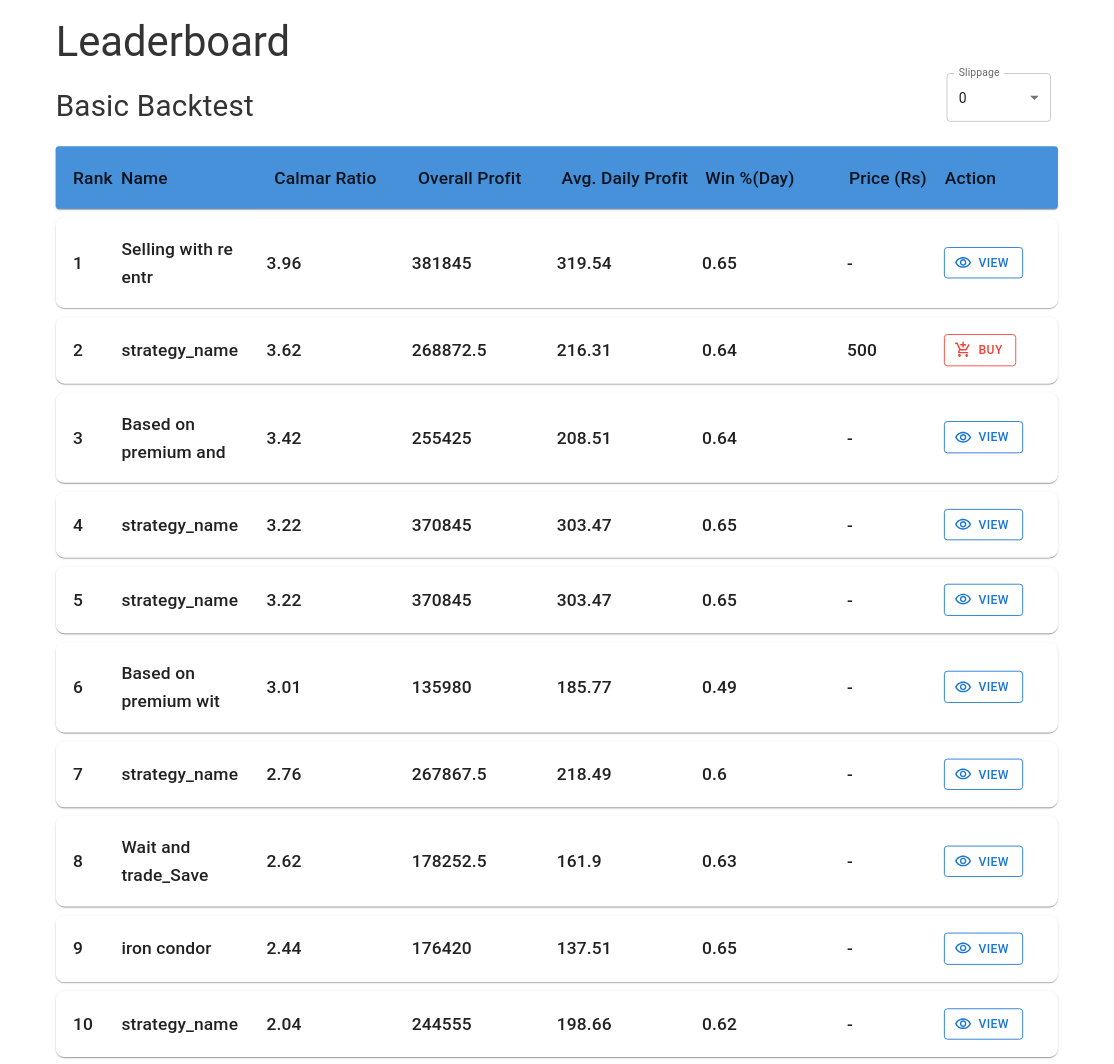
Repository: PraTEEkgUpTa2/Leaderboard
Page: /
An editor plug-in stored every save of this project. The page is shown before and after the next save, followed by the edit.
The browser window is 1280 px wide. The pictures show the whole page, at 87% of full size.
The project was rebuilt for these pictures with package versions that can differ from the ones it lists, and the page was loaded fresh each time. Also part of the build but not shown: src/App.css.

Above is the page before, as saved 2024-05-28 14:20:56.

### src/index.js
import React from 'react';
import ReactDOM from 'react-dom';
import { ThemeProvider } from '@mui/material/styles';
import App from './App';
import theme from './theme'; // Import the theme object

const root = ReactDOM.createRoot(document.getElementById('root'));
root.render(

  <ThemeProvider theme={theme}>
  <App />
</ThemeProvider>

);

// If you want to start measuring performance in your app, pass a function
// to log results (for example: reportWebVitals(console.log))
// or send to an analytics endpoint. Learn more: https://bit.ly/CRA-vitals

### src/App.js
import React from 'react';
import './App.css';
import Leaderboard from './Leaderboard';

function App() {
  return (
    <div className="App">
      <Leaderboard />
    </div>
  );
}

export default App;

### src/theme.js
// theme.js

import { createTheme } from '@mui/material/styles';

const theme = createTheme({
  palette: {
    primary: {
      main: '#1976d2', // Background color for the table header
      dark: '#135fa8', // Hover color for primary buttons
    },
    error: {
      main: '#f44336', // Background color for "Buy" button
      dark: '#d32f2f', // Hover color for "Buy" button
    },
    common: {
      white: '#fff', // Text color for table header and buttons
    },
  },
});

export default theme;

### src/Leaderboard.js
import React, { useState } from 'react';
import data from './data.json';
import { Container, Box, Typography, FormControl, InputLabel, Select, MenuItem, Paper, Button } from '@mui/material';
import { VisibilityOutlined, AddShoppingCartOutlined } from '@mui/icons-material';
import { styled } from '@mui/system';
import { Line } from 'react-chartjs-2';
import 'chart.js/auto';

const TabContainer = styled(Box)(({ theme }) => ({
  display: 'flex',
  flexDirection: 'column',
  gap: '10px',
  marginTop: '20px',
}));

const TabHeader = styled(Paper)(({ theme }) => ({
  display: 'flex',
  justifyContent: 'space-between',
  alignItems: 'center',
  padding: '20px',
  backgroundColor: theme.palette.primary.light,
}));

const Tab = styled(Paper)(({ theme }) => ({
  display: 'flex',
  justifyContent: 'space-between',
  alignItems: 'center',
  padding: '20px',
  borderRadius: '10px',
  boxShadow: theme.shadows[1],
  transition: 'transform 0.3s, box-shadow 0.3s',
  '&:hover': {
    transform: 'translateY(-5px)',
    boxShadow: theme.shadows[4],
    zIndex: 1,
    position: 'relative',
  },
}));

const ViewButton = styled(Button)(({ theme }) => ({
  borderColor: theme.palette.primary.main,
  color: theme.palette.primary.main,
  backgroundColor: 'transparent',
  '&:hover': {
    borderColor: theme.palette.primary.dark,
    color: theme.palette.primary.dark,
    backgroundColor: 'transparent',
  },
  '& .MuiButton-startIcon': {
    marginRight: theme.spacing(1),
  },
}));

const BuyButton = styled(Button)(({ theme }) => ({
  borderColor: theme.palette.error.main,
  color: theme.palette.error.main,
  backgroundColor: 'transparent',
  '&:hover': {
    borderColor: theme.palette.error.dark,
    color: theme.palette.error.dark,
    backgroundColor: 'transparent',
  },
  '& .MuiButton-startIcon': {
    marginRight: theme.spacing(1),
  },
}));

const ChartCard = styled(Box)(({ theme }) => ({
  marginTop: '20px',
  padding: '20px',
  boxShadow: theme.shadows[3],
}));

const Leaderboard = () => {
  const [selectedRow, setSelectedRow] = useState(null);

  const handleRowClick = (row) => {
    setSelectedRow(row);
  };

  return (
    <Container>
    <Typography variant="h3" style={{ color: '#333', marginTop: '20px' }}>
          Leaderboard
        </Typography>
      <Box display="flex" justifyContent="space-between" alignItems="center">
        <Typography variant="h4" style={{ color: '#333', marginTop: '20px' }}>
          Basic Backtest
        </Typography>
        <FormControl sx={{ m: 1, minWidth: 120 }}>
          <InputLabel id="slippage-label">Slippage</InputLabel>
          <Select
            labelId="slippage-label"
            id="slippage-select"
            defaultValue={0}
            label="Slippage"
          >
            <MenuItem value={0}>0</MenuItem>
            <MenuItem value={0.5}>0.5</MenuItem>
            <MenuItem value={1}>1</MenuItem>
          </Select>
        </FormControl>
      </Box>
      <TabContainer>
        <TabHeader>
          <Box flexBasis="5%">
            <Typography variant="h6">Rank</Typography>
          </Box>
          <Box flexBasis="16%">
            <Typography variant="h6">Name</Typography>
          </Box>
          <Box flexBasis="15%">
            <Typography variant="h6">Calmar Ratio</Typography>
          </Box>
          <Box flexBasis="15%">
            <Typography variant="h6">Overall Profit</Typography>
          </Box>
          <Box flexBasis="15%">
            <Typography variant="h6">Avg. Daily Profit</Typography>
          </Box>
          <Box flexBasis="15%">
            <Typography variant="h6">Win %(Day)</Typography>
          </Box>
          <Box flexBasis="10%">
            <Typography variant="h6">Price (Rs)</Typography>
          </Box>
          <Box flexBasis="10%">
            <Typography variant="h6">Action</Typography>
          </Box>
        </TabHeader>
        {data.map((row) => (
          <Tab key={row.Rank} onClick={() => handleRowClick(row)}>
            <Box flexBasis="5%">
              <Typography variant="h6">{row.Rank}</Typography>
            </Box>
            <Box flexBasis="15%">
              <Typography variant="h6">{row.Name}</Typography>
            </Box>
            <Box flexBasis="15%">
              <Typography variant="h6">{row["Calmar Ratio"]}</Typography>
            </Box>
            <Box flexBasis="15%">
              <Typography variant="h6">{row["Overall Profit"]}</Typography>
            </Box>
            <Box flexBasis="15%">
              <Typography variant="h6">{row["Avg. Daily Profit"]}</Typography>
            </Box>
            <Box flexBasis="15%">
              <Typography variant="h6">{row["Win %(Day)"]}</Typography>
            </Box>
            <Box flexBasis="10%">
              <Typography variant="h6">{row["Price (Rs)"] ? row["Price (Rs)"] : '-'}</Typography>
            </Box>
            <Box flexBasis="10%">
              {row.Action === 'View' ? (
                <ViewButton startIcon={<VisibilityOutlined />} variant="outlined">
                  View
                </ViewButton>
              ) : (
                <BuyButton startIcon={<AddShoppingCartOutlined />} variant="outlined">
                  Buy
                </BuyButton>
              )}
            </Box>
          </Tab>
        ))}
      </TabContainer>


    </Container>
  );
};

export default Leaderboard;

### src/data.json
[
    {
        "Rank": 1,
        "Name": "Selling with re entr",
        "Calmar Ratio": 3.96,
        "Overall Profit": 381845,
        "Avg. Daily Profit": 319.54,
        "Win %(Day)": 0.65,
        "Price (Rs)": null,
        "Action": "View"
    },
    {
        "Rank": 2,
        "Name": "strategy_name",
        "Calmar Ratio": 3.62,
        "Overall Profit": 268872.5,
        "Avg. Daily Profit": 216.31,
        "Win %(Day)": 0.64,
        "Price (Rs)": 500,
        "Action": "Buy"
    },
    {
        "Rank": 3,
        "Name": "Based on premium and",
        "Calmar Ratio": 3.42,
        "Overall Profit": 255425,
        "Avg. Daily Profit": 208.51,
        "Win %(Day)": 0.64,
        "Price (Rs)": null,
        "Action": "View"
    },
    {
        "Rank": 4,
        "Name": "strategy_name",
        "Calmar Ratio": 3.22,
        "Overall Profit": 370845,
        "Avg. Daily Profit": 303.47,
        "Win %(Day)": 0.65,
        "Price (Rs)": null,
        "Action": "View"
    },
    {
        "Rank": 5,
        "Name": "strategy_name",
        "Calmar Ratio": 3.22,
        "Overall Profit": 370845,
        "Avg. Daily Profit": 303.47,
        "Win %(Day)": 0.65,
        "Price (Rs)": null,
        "Action": "View"
    },
    {
        "Rank": 6,
        "Name": "Based on premium wit",
        "Calmar Ratio": 3.01,
        "Overall Profit": 135980,
        "Avg. Daily Profit": 185.77,
        "Win %(Day)": 0.49,
        "Price (Rs)": null,
        "Action": "View"
    },
    {
        "Rank": 7,
        "Name": "strategy_name",
        "Calmar Ratio": 2.76,
        "Overall Profit": 267867.5,
        "Avg. Daily Profit": 218.49,
        "Win %(Day)": 0.6,
        "Price (Rs)": null,
        "Action": "View"
    },
    {
        "Rank": 8,
        "Name": "Wait and trade_Save",
        "Calmar Ratio": 2.62,
        "Overall Profit": 178252.5,
        "Avg. Daily Profit": 161.9,
        "Win %(Day)": 0.63,
        "Price (Rs)": null,
        "Action": "View"
    },
    {
        "Rank": 9,
        "Name": "iron condor",
        "Calmar Ratio": 2.44,
        "Overall Profit": 176420,
        "Avg. Daily Profit": 137.51,
        "Win %(Day)": 0.65,
        "Price (Rs)": null,
        "Action": "View"
    },
    {
        "Rank": 10,
        "Name": "strategy_name",
        "Calmar Ratio": 2.04,
        "Overall Profit": 244555,
        "Avg. Daily Profit": 198.66,
        "Win %(Day)": 0.62,
        "Price (Rs)": null,
        "Action": "View"
    }
]

Loaded but not shown: public/index.html (common file)

After the next save:
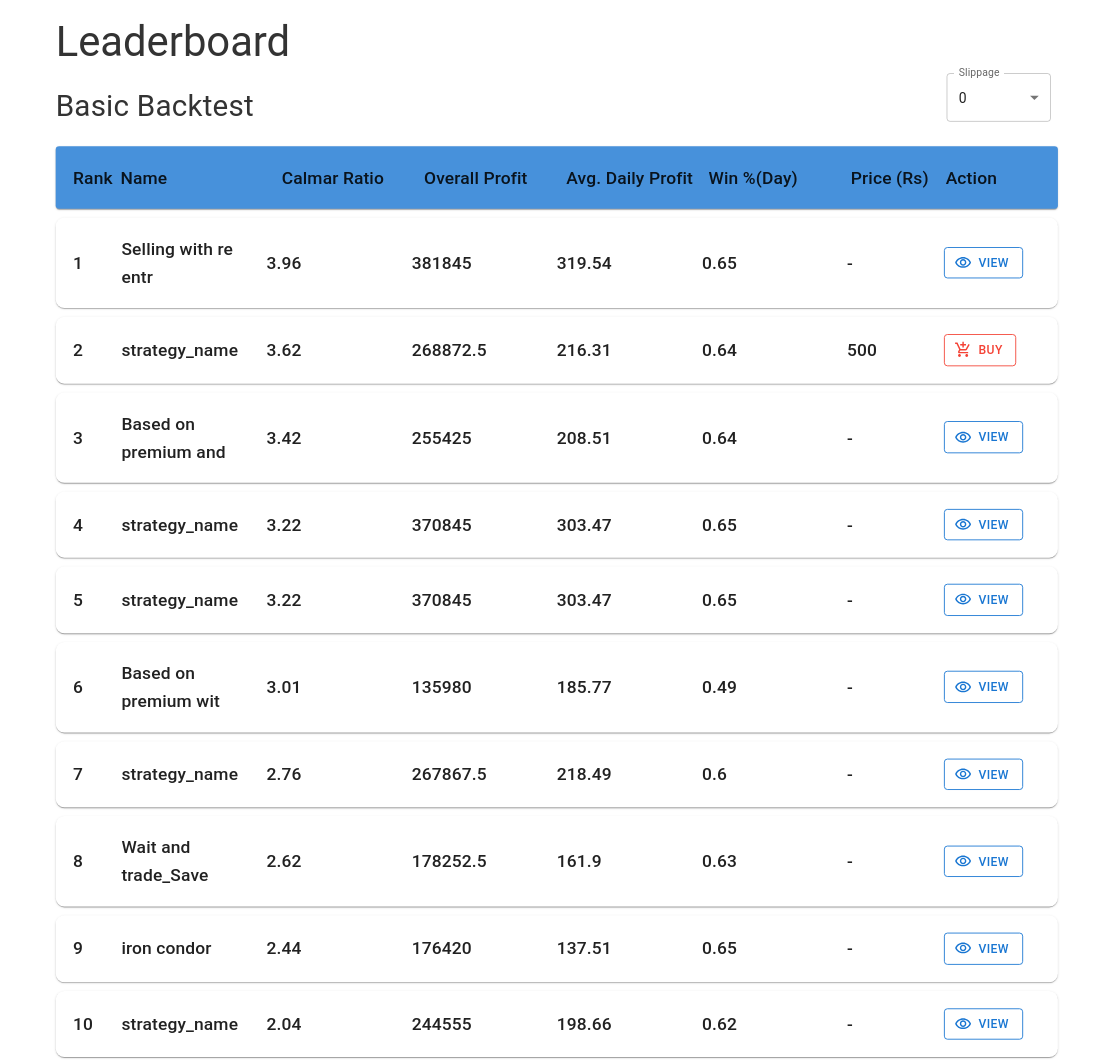
Saved 16 s later.
--- a/src/Leaderboard.js
+++ b/src/Leaderboard.js
@@ -106,7 +106,7 @@ const Leaderboard = () => {
           <Box flexBasis="5%">
             <Typography variant="h6">Rank</Typography>
           </Box>
-          <Box flexBasis="16%">
+          <Box flexBasis="17%">
             <Typography variant="h6">Name</Typography>
           </Box>
           <Box flexBasis="15%">
